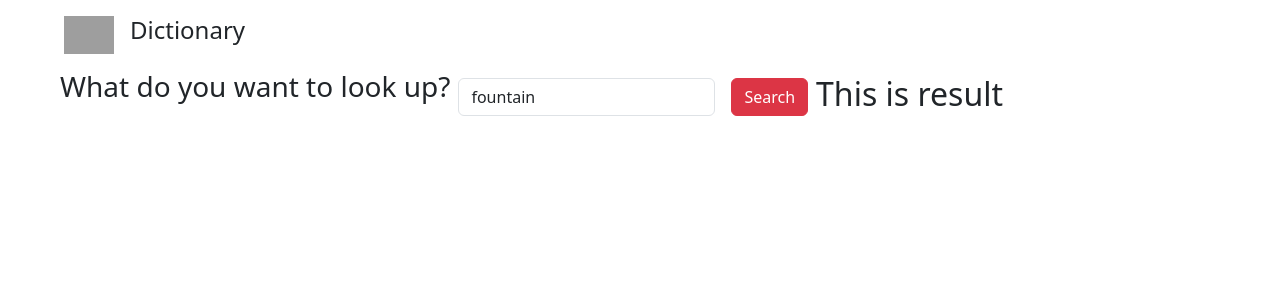
Repository: moehaymanmyint/react-dictionary-app
Page: /
The author's editor kept a copy of each file at every save. The page is drawn from the files as they stood at one save, then again after the next save.
The browser window is 1280 px wide. The pictures show the whole page.
Pictures or frames that could not be fetched are drawn as grey boxes. The page's requests for data from a server got no answer. The project was rebuilt for these pictures with package versions that can differ from the ones it lists, and the page was loaded fresh each time. No one was signed in, and anything a server would have sent is missing.

Above is the page before, as saved 2024-08-28 10:44:08.

After the next save:
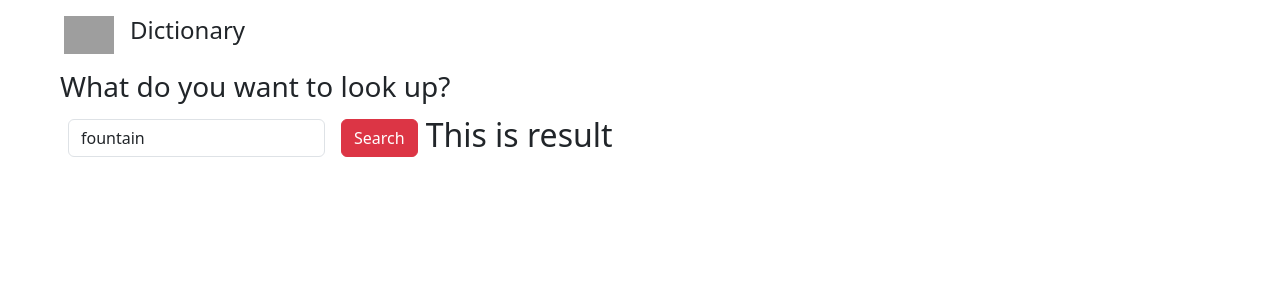
Saved 21 s later.
--- a/src/Search.js
+++ b/src/Search.js
@@ -24,8 +24,9 @@ export default function Search(props){
     }
 
     return (
-        <div className="Content d-flex">
+        <div className="Content">
             <h3>What do you want to look up?</h3>
+            <div className="d-flex">
             <form onSubmit={handleSubmit} className="d-flex">
                 <input type="search" className="form form-control m-2" value={word} onChange={updateWord}/>
                 <input type="submit" value="Search" className="btn btn-danger m-2"/>
@@ -33,6 +34,7 @@ export default function Search(props){
             <div className="meaning">
                 <Result results={result} />
             </div>
+            </div>
         </div>
     );
 }
